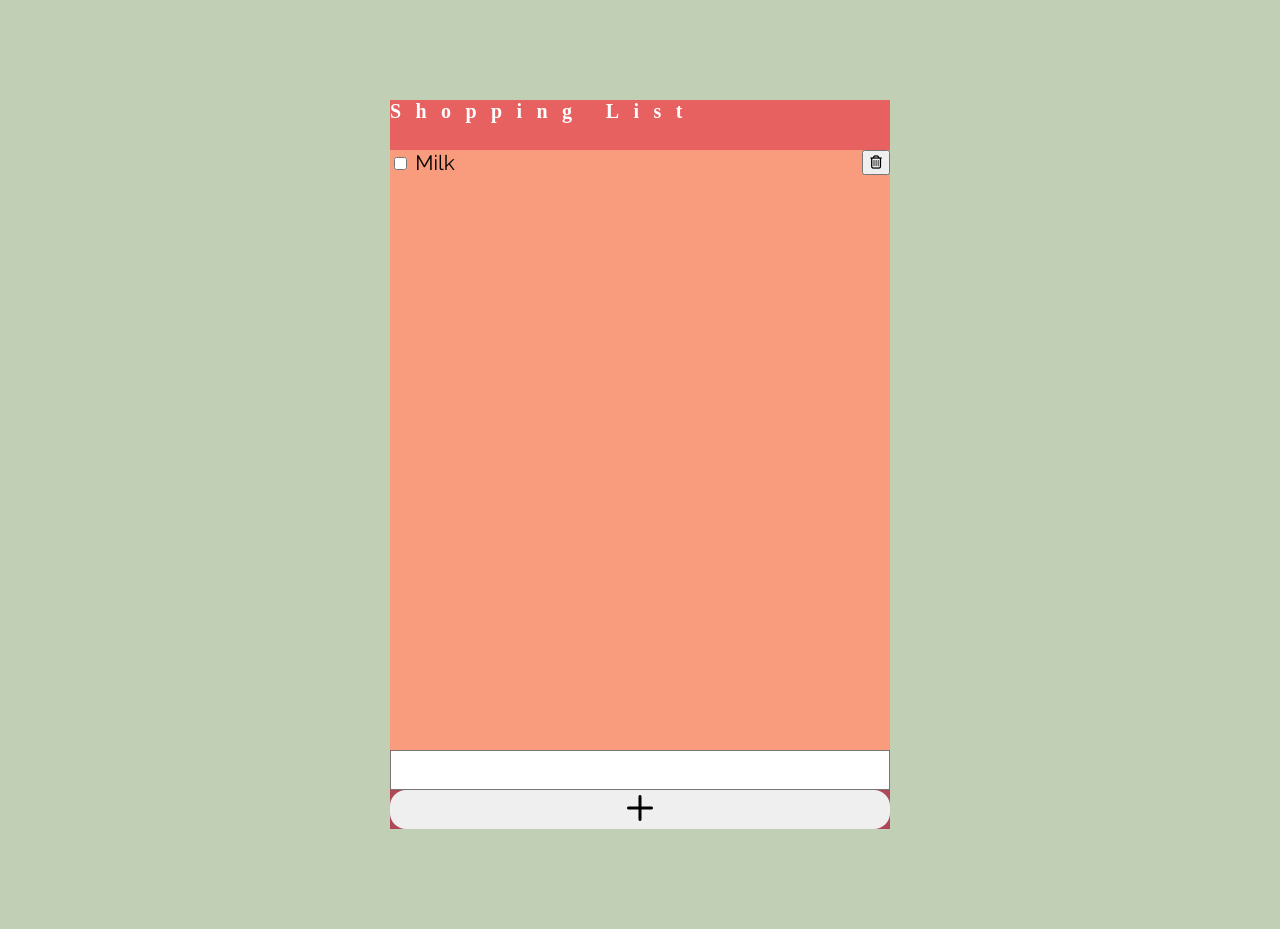
Repository: sephinejo/shopping-list-app
Page: index.html
An editor plug-in stored every save of this project. The page is shown before and after the next save, followed by the edit.
The browser window is 1280 px wide. The pictures show the whole page.
Some web fonts or font styles are not loaded; a fallback is used. Some web libraries are served in a nearby version.

Above is the page before, as saved 2023-05-11 23:22:21.

### index.html
<!DOCTYPE html>
<html lang="en">
  <head>
    <meta charset="UTF-8" />
    <meta http-equiv="X-UA-Compatible" content="IE=edge" />
    <meta name="viewport" content="width=device-width, initial-scale=1.0" />
    <title>Shopping List 🛍️🛒</title>
    <link rel="preconnect" href="https://fonts.googleapis.com" />
    <link rel="preconnect" href="https://fonts.gstatic.com" crossorigin />
    <link
      href="https://fonts.googleapis.com/css2?family=Alice&family=Raleway:wght@400;600;700;800&display=swap"
      rel="stylesheet"
    />
    <script
      src="https://kit.fontawesome.com/9ac80604cb.js"
      crossorigin="anonymous"
    ></script>
    <script src="main.js" defer></script>
    <link rel="stylesheet" href="style.css" />
  </head>
  <body>
    <section class="container">
      <header class="header">Shopping List</header>
      <ul class="items">
        <li class="item__row">
          <div class="item">
            <input id="item__checkbox" name="item__checkbox" type="checkbox" />
            <label for="item__checkbox">Milk</label>
          </div>
          <button><i class="fa-regular fa-trash-can"></i></button>
        </li>
      </ul>
      <footer>
        <input class="input" type="text" />
        <button class="footer__button">
          <i class="fa-regular fa-plus"></i>
        </button>
      </footer>
    </section>
  </body>
</html>

### style.css
* {
  box-sizing: border-box;
}

body {
  /* text-align: center; */
  background-color: #c1d0b5;
}

.container {
  margin: 100px auto;
  width: 500px;
  border-radius: 20px;
}

.header {
  height: 50px;
  padding:
  text-align: center;
  font-family: 'Alice';
  color: white;
  letter-spacing: 0.9rem;
  font-weight: 700;
  font-size: 20px;
  background-color: #e76161;
}

ul {
  background-color: #f99b7d;
  height: 600px;
  margin: 0;
  padding: 0;
}

.item__row {
  list-style: none;
  display: flex;
  justify-content: space-between;
  font-size: 1.3rem;
  font-family: 'Raleway';
  font-weight: 500;
}

footer {
  background-color: #b04759;
  width: 100%;
  display: flex;
  flex-direction: column;
}

.input {
  height: 40px;
  outline: none;
  font-size: 1.4rem;
}

.footer__button {
  border-style: none;
  border-radius: 1rem;
  cursor: pointer;
  font-size: 2rem;
  text-align: center;
}

Loaded but not shown: main.js (no copy from this time; the picture is the same without it)

After the next save:
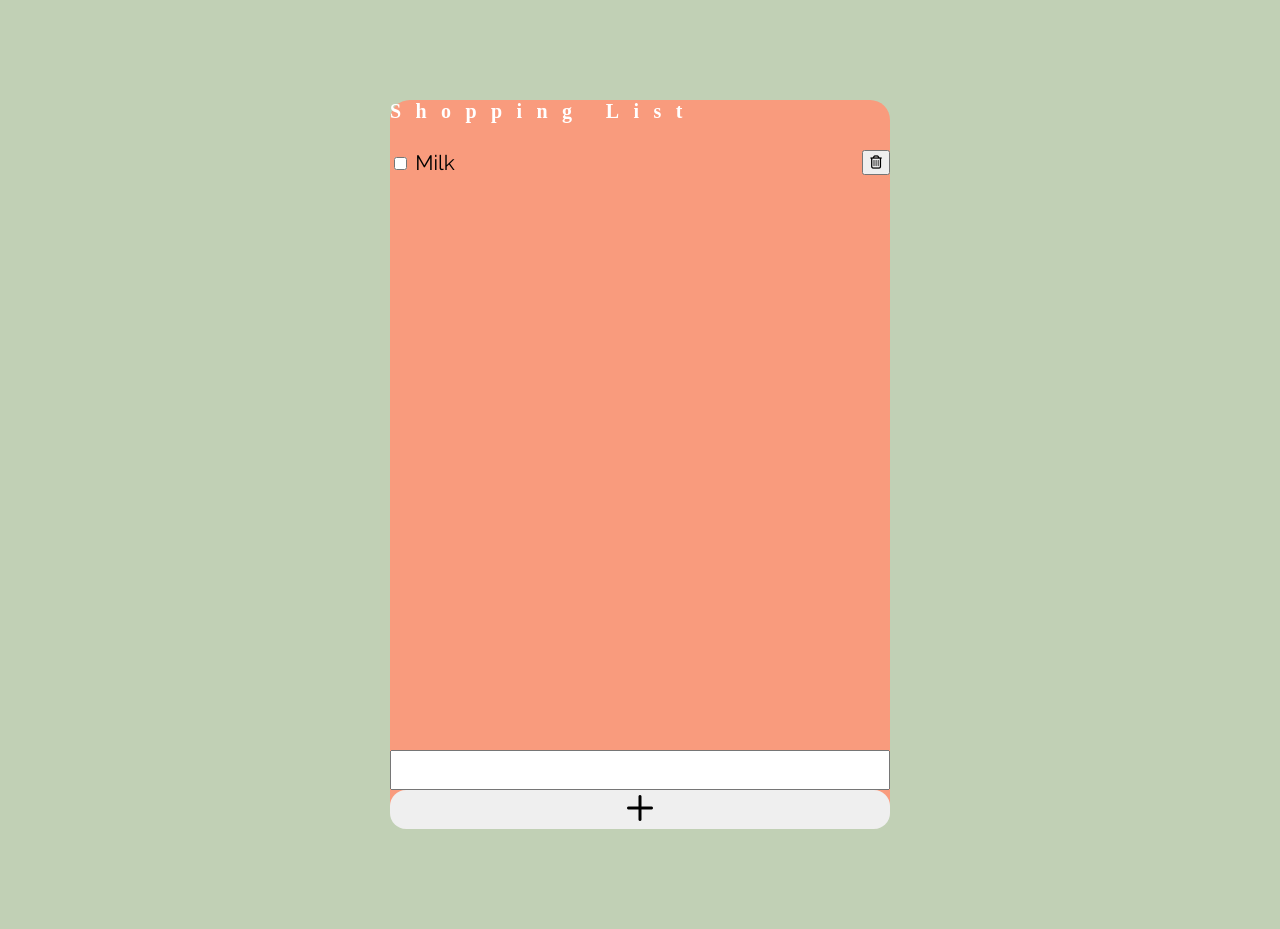
Saved 35 s later.
--- a/style.css
+++ b/style.css
@@ -11,6 +11,7 @@ body {
   margin: 100px auto;
   width: 500px;
   border-radius: 20px;
+  background-color: #f99b7d;
 }
 
 .header {
@@ -22,11 +23,10 @@ body {
   letter-spacing: 0.9rem;
   font-weight: 700;
   font-size: 20px;
-  background-color: #e76161;
+  /* background-color: #e76161; */
 }
 
 ul {
-  background-color: #f99b7d;
   height: 600px;
   margin: 0;
   padding: 0;
@@ -42,7 +42,7 @@ ul {
 }
 
 footer {
-  background-color: #b04759;
+  /* background-color: #b04759; */
   width: 100%;
   display: flex;
   flex-direction: column;
